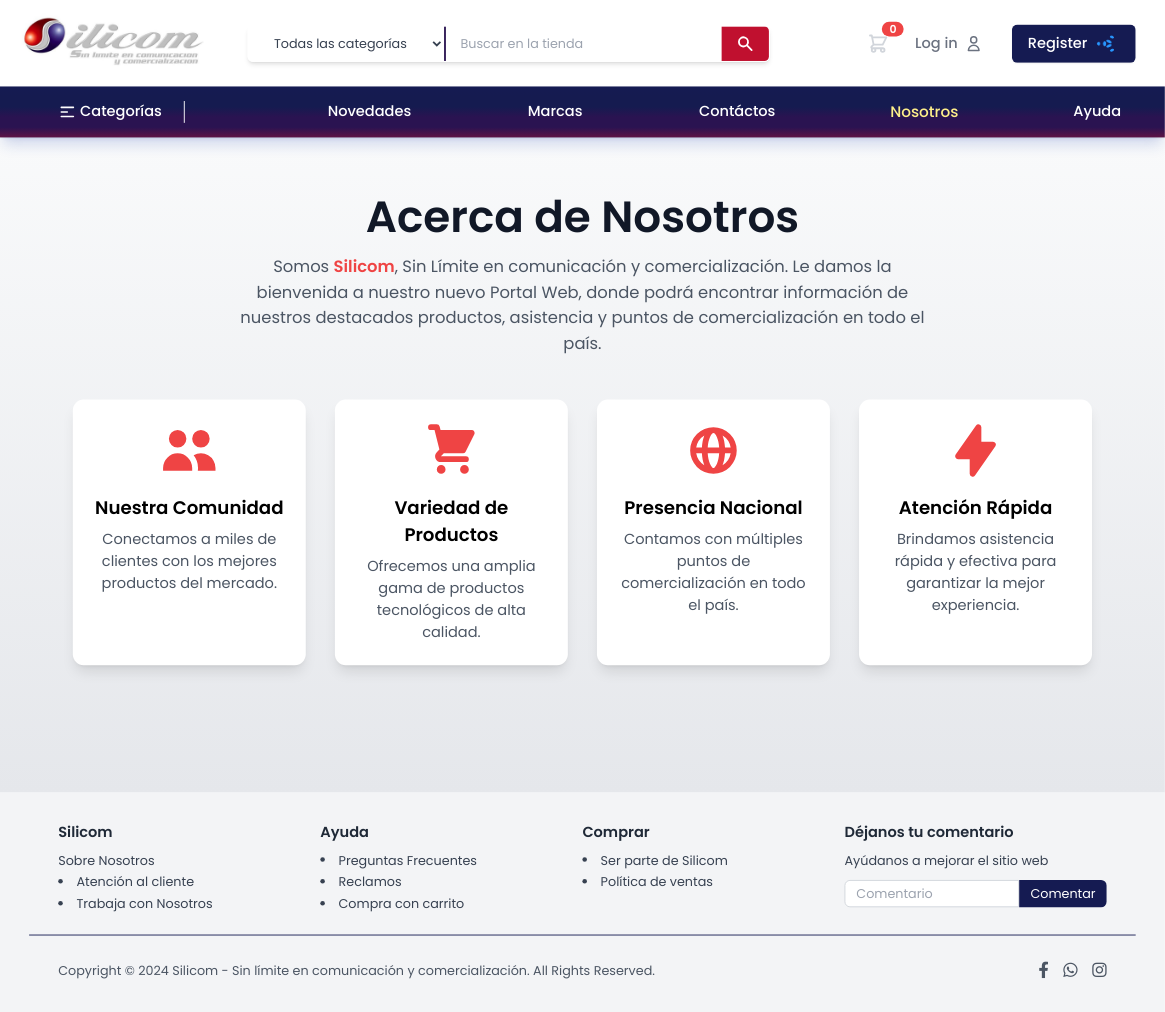
Repository: Francovg18/ecommerce
Page: /about
These files come from the project's save history. The page is drawn as it stood at one moment and after the next save; the edit follows.
The browser window is 1280 px wide. The pictures show the whole page, at 91% of full size.
The page's requests for data from a server got no answer. The project was rebuilt for these pictures with package versions that can differ from the ones it lists, and the page was loaded fresh each time. No one was signed in, and anything a server would have sent is missing. Also part of the build but not shown: src/components/home/Banner.js, src/components/home/ProductsArrival.js, src/components/home/ProductsSold.js, src/redux/actions/brands.js, src/components/home/Brand.js, src/components/home/Product.js, src/containers/Home.jsx, src/containers/errors/Error404.jsx and 40 more.

Above is the page before, as saved 2025-01-29 20:17:45.

### public/index.html
<!DOCTYPE html>
<html lang="en">
  <head>
    <meta charset="utf-8" />
    <link rel="icon" href="%PUBLIC_URL%/favicon.ico" />
    <meta name="viewport" content="width=device-width, initial-scale=1" />
    <meta name="theme-color" content="#000000" />
    <meta name="description" content="Web site created using create-react-app" />
    <link rel="apple-touch-icon" href="%PUBLIC_URL%/logo192.png" />
    <link href="https://fonts.googleapis.com/css2?family=Poppins:wght@400;500;600&display=swap" rel="stylesheet">
    <link
  rel="stylesheet"
  href="https://cdnjs.cloudflare.com/ajax/libs/font-awesome/6.0.0-beta3/css/all.min.css"
/>

    <!--
      manifest.json provides metadata used when your web app is installed on a
      user's mobile device or desktop. See https://developers.google.com/web/fundamentals/web-app-manifest/
    -->
    <link rel="manifest" href="%PUBLIC_URL%/manifest.json" />
    <!--
      Notice the use of %PUBLIC_URL% in the tags above.
      It will be replaced with the URL of the `public` folder during the build.
      Only files inside the `public` folder can be referenced from the HTML.

      Unlike "/favicon.ico" or "favicon.ico", "%PUBLIC_URL%/favicon.ico" will
      work correctly both with client-side routing and a non-root public URL.
      Learn how to configure a non-root public URL by running `npm run build`.
    -->
    <title>React App</title>
  </head>
  <body>
    <noscript>You need to enable JavaScript to run this app.</noscript>
    <div id="root"></div>
    <!--
      This HTML file is a template.
      If you open it directly in the browser, you will see an empty page.

      You can add webfonts, meta tags, or analytics to this file.
      The build step will place the bundled scripts into the <body> tag.

      To begin the development, run `npm start` or `yarn start`.
      To create a production bundle, use `npm run build` or `yarn build`.
    -->
  </body>
</html>

### src/index.js
import React from 'react';
import ReactDOM from 'react-dom/client';
import './style/index.css';
import App from './App';

const root = ReactDOM.createRoot(document.getElementById('root'));
root.render(
  <React.StrictMode>
    <App />
  </React.StrictMode>
);

### src/store.js
import { createStore, applyMiddleware } from 'redux';
import { composeWithDevTools } from '@redux-devtools/extension';
import { thunk } from 'redux-thunk';
import rootReducer from './redux/reducers';

const initialState = {};
const middleware = [thunk];
const store = createStore(
    rootReducer,
    initialState,
    composeWithDevTools(applyMiddleware(...middleware))
);

export default store;

### src/containers/pages/About.jsx
import React from 'react';
import Layout from '../../hocs/Layout';
import { UsersIcon, ShoppingCartIcon, GlobeAltIcon, LightningBoltIcon } from '@heroicons/react/solid';

function About() {
  return (
    <Layout>
      <div className="bg-gradient-to-b from-gray-50 to-gray-200 min-h-screen py-16 px-6 sm:px-12 lg:px-20">
        <div className="text-center max-w-3xl mx-auto">
          <h1 className="text-5xl font-extrabold text-gray-900">Acerca de Nosotros</h1>
          <p className="mt-4 text-lg text-gray-600">
            Somos <span className="text-red-500 font-semibold">Silicom</span>, Sin Límite en comunicación y comercialización. Le damos la bienvenida a nuestro nuevo Portal Web,
            donde podrá encontrar información de nuestros destacados productos, asistencia y puntos de comercialización en todo el país.
          </p>
        </div>

        <div className="mt-12 grid grid-cols-1 md:grid-cols-2 lg:grid-cols-4 gap-8">
          <div className="bg-white p-6 rounded-xl shadow-lg text-center">
            <UsersIcon className="w-16 h-16 text-red-500 mx-auto" />
            <h3 className="text-xl font-semibold mt-4">Nuestra Comunidad</h3>
            <p className="text-gray-600 mt-2">Conectamos a miles de clientes con los mejores productos del mercado.</p>
          </div>

          <div className="bg-white p-6 rounded-xl shadow-lg text-center">
            <ShoppingCartIcon className="w-16 h-16 text-red-500 mx-auto" />
            <h3 className="text-xl font-semibold mt-4">Variedad de Productos</h3>
            <p className="text-gray-600 mt-2">Ofrecemos una amplia gama de productos tecnológicos de alta calidad.</p>
          </div>

          <div className="bg-white p-6 rounded-xl shadow-lg text-center">
            <GlobeAltIcon className="w-16 h-16 text-red-500 mx-auto" />
            <h3 className="text-xl font-semibold mt-4">Presencia Nacional</h3>
            <p className="text-gray-600 mt-2">Contamos con múltiples puntos de comercialización en todo el país.</p>
          </div>

          <div className="bg-white p-6 rounded-xl shadow-lg text-center">
            <LightningBoltIcon className="w-16 h-16 text-red-500 mx-auto" />
            <h3 className="text-xl font-semibold mt-4">Atención Rápida</h3>
            <p className="text-gray-600 mt-2">Brindamos asistencia rápida y efectiva para garantizar la mejor experiencia.</p>
          </div>
        </div>
      </div>
    </Layout>
  );
}

export default About;

### src/redux/reducers/index.js
import { combineReducers } from 'redux';
import Auth from './auth';
import Alert from './alert';
import Categories from './categories';
import Products from './products';
import Cart from './cart';
import Shipping from './shipping'
import Payment from './payment';
import Orders from './orders';
import Coupons from './coupons';
import Profile from './profile';
import Wishlist from './wishlist';
import Reviews from './reviews';
import Brands from './brands';
export default combineReducers({
    Auth,
    Alert,
    Categories,
    Products,
    Cart,
    Shipping,
    Payment,
    Orders,
    Coupons,
    Profile,
    Wishlist,
    Reviews,
    Brands
})

### src/hocs/Layout.js
import { ToastContainer } from 'react-toastify';
import 'react-toastify/dist/ReactToastify.css';
import { check_authenticated, load_user, refresh } from '../redux/actions/auth';
import {
    get_items,
    get_total,
    get_item_total
} from "../redux/actions/cart";

import {
    get_user_profile
} from "../redux/actions/profile";

import { useEffect } from 'react';
import { connect } from 'react-redux';
import Navbar from '../components/navigation/Navbar';
import Footer from '../components/navigation/Footer';

const Layout = (props) => {

    useEffect(() => {
        props.refresh()
        props.check_authenticated()
        props.load_user()
        props.get_items()
        props.get_total()
        props.get_item_total()
        props.get_user_profile()
    }, []);

    return(
        <div>
            <Navbar/>
            <ToastContainer autoClose={5000} />
            {props.children}
            <Footer/>
        </div>
    )
}


export default connect(null, {
    check_authenticated,
    load_user,
    refresh,
    get_items,
    get_total,
    get_item_total,
    get_user_profile
}) (Layout)

### src/redux/actions/categories.js
import axios from 'axios';
import {
    GET_CATEGORIES_SUCCESS,
    GET_CATEGORIES_FAIL,
} from './types';

export const get_categories = () => async dispatch => {
    const config = {
        headers: {
            'Accept': 'application/json'
        }
    };

    try {
        const res = await axios.get(`${process.env.REACT_APP_API_URL}/api/category/categories`, config);

        if (res.status >= 200 && res.status < 300) {
            dispatch({
                type: GET_CATEGORIES_SUCCESS,
                payload: res.data
            });
        } else {
            console.error('Error: Unexpected response status', res.status);
            dispatch({
                type: GET_CATEGORIES_FAIL
            });
        }
    } catch (err) {
        console.error('Error fetching categories:', err.message);
        dispatch({
            type: GET_CATEGORIES_FAIL
        });
    }
};

### src/redux/actions/alert.js
import{
    SET_ALERT,
    REMOVE_ALERT,
} from './types';

export const setAlert = (msg, alertType, timeout = 5000) => dispatch =>{
    dispatch({
        type: SET_ALERT,
        payload: {msg, alertType}
    });
    setTimeout(() => dispatch({ type: REMOVE_ALERT }), timeout);
}

### src/redux/reducers/alert.js
import {
    SET_ALERT,
    REMOVE_ALERT,
} from '../actions/types';

const initialState = {
    alert: null
};

export default function Alert(state = initialState, action) {
    const { type, payload } = action;

    switch(type) {
        case SET_ALERT:
            return {
                ...state,
                alert: payload
            };
        case REMOVE_ALERT:
            return {
                ...state,
                alert: null
            }
        default:
            return state
    };
}

### src/redux/reducers/categories.js
import {
    GET_CATEGORIES_SUCCESS,
    GET_CATEGORIES_FAIL
} from '../actions/types';

const initialState = {
    categories: null
};

export default function Categories(state = initialState, action) {
    const { type, payload } = action;

    switch(type) {
        case GET_CATEGORIES_SUCCESS:
            return {
                ...state,
                categories: payload.categories
            }
        case GET_CATEGORIES_FAIL:
            return {
                ...state,
                categories: null
            }
        default:
            return state
    }
}

### src/redux/reducers/shipping.js
import {
    GET_SHIPPING_OPTIONS_SUCCESS,
    GET_SHIPPING_OPTIONS_FAIL
} from '../actions/types';

const initialState = {
    shipping: null,
};

export default function Shipping(state = initialState, action) {
    const { type, payload } = action;

    switch(type) {
        case GET_SHIPPING_OPTIONS_SUCCESS:
            return {
                ...state,
                shipping: payload.shipping_options
            }
        case GET_SHIPPING_OPTIONS_FAIL:
            return {
                ...state,
                shipping: null
            }
        default:
            return state;
    }
};

### src/redux/reducers/orders.js
import {
    GET_ORDERS_SUCCESS,
    GET_ORDERS_FAIL,
    GET_ORDER_DETAIL_SUCCESS,
    GET_ORDER_DETAIL_FAIL
} from '../actions/types';

const initialState = {
    orders: null,
    order: null
};


export default function Orders(state = initialState, action) {
    const { type, payload } = action;

    switch(type) {
        case GET_ORDERS_SUCCESS:
            return {
                ...state,
                orders: payload.orders
            }
        case GET_ORDERS_FAIL:
            return {
                ...state,
                orders: []
            }
        case GET_ORDER_DETAIL_SUCCESS:
            return {
                ...state,
                order: payload.order
            }
        case GET_ORDER_DETAIL_FAIL:
            return {
                ...state,
                order: {}
            }
        default:
            return state;
    }
}

### src/redux/reducers/coupons.js
import {
    GET_COUPON_SUCCESS,
    GET_COUPON_FAIL,
} from '../actions/types';

const initialState = {
    coupon: null
};


export default function Coupons(state = initialState, action) {
    const { type, payload } = action;

    switch(type) {
        case GET_COUPON_SUCCESS:
            return {
                ...state,
                coupon: payload.coupon
            }
        case GET_COUPON_FAIL:
            return {
                ...state,
                coupon: null
            }
        default:
            return state;
    }
}

### src/redux/reducers/profile.js
import {
    GET_USER_PROFILE_SUCCESS,
    GET_USER_PROFILE_FAIL,
    UPDATE_USER_PROFILE_SUCCESS,
    UPDATE_USER_PROFILE_FAIL
} from '../actions/types';

const initialState = {
    profile: null
};

export default function Profile(state = initialState, action) {
    const { type, payload } = action;

    switch(type) {
        case GET_USER_PROFILE_SUCCESS:
            return {
                ...state,
                profile: payload.profile
            }
        case GET_USER_PROFILE_FAIL:
            return {
                ...state
            }
        case UPDATE_USER_PROFILE_SUCCESS:
            return {
                ...state,
                profile: payload.profile
            }
        case UPDATE_USER_PROFILE_FAIL:
            return {
                ...state
            }
        default:
            return state
    }
}

### src/redux/reducers/brands.js
import {
    GET_BRANDS_SUCCESS,
    GET_BRANDS_FAIL
} from '../actions/types';

const initialState = {
    brands: null
};

export default function Brands(state = initialState, action) {
    const { type, payload } = action;

    switch (type) {
        case GET_BRANDS_SUCCESS:
            return {
                ...state,
                brands: payload.brands // Ajusta si `payload` tiene otra estructura
            };
        case GET_BRANDS_FAIL:
            return {
                ...state,
                brands: null
            };
        default:
            return state;
    }
}

### src/components/alert.js
import {Fragment} from 'react'
import {connect} from 'react-redux'

import { CheckCircleIcon } from '@heroicons/react/solid'

function Alert ({ alert }) {

    const displayAlert = () => {
        if (alert !== null){
            return (
                <div className={`rounded-md bg-${alert.alertType}-50 p-4`}>
                <div className="flex">
                    <div className="flex-shrink-0">
                    <CheckCircleIcon className={`h-5 w-5 text-${alert.alertType}-400`} aria-hidden="true" />
                    </div>
                    <div className="ml-3">
                    <p className={`text-sm font-medium text-${alert.alertType}-800`}>{alert.msg}</p>
                    </div>
                </div>
                </div>
            )
        } else {
            return(
                <Fragment></Fragment>
            )
        }
    }

    return (
        <Fragment>
            {displayAlert()}
        </Fragment>
    )
}

const mapStateToProps = state => ({
    alert: state.Alert.alert
})

export default connect(mapStateToProps)(Alert)

### src/components/navigation/SearchBox.js
import { SearchIcon } from '@heroicons/react/solid';

const SearchBox = ({ categories, search, onChange, onSubmit }) => {
  return (
    <form
      onSubmit={(e) => onSubmit(e)}
      className="flex items-center border border-white rounded-md shadow-md overflow-hidden w-full max-w-3xl mx-auto"
    >
      {/* Dropdown de categorías (visible solo en pantallas grandes) */}
      <div className="hidden lg:block relative">
        <select
          onChange={(e) => onChange(e)}
          name="category_id"
          className="h-full text-sm text-gray-700 bg-white border-r-2 border-purple-night px-6 py-2 outline-none focus:ring-deep-rose"
        >
          <option value={0}>Todas las categorías</option>
          {categories &&
            categories.map((category, index) => (
              <option key={index} value={category.id}>
                {category.name}
              </option>
            ))}
        </select>
      </div>

      {/* Campo de búsqueda */}
      <input
        type="search"
        name="search"
        onChange={(e) => onChange(e)}
        value={search}
        required
        className="flex-grow text-sm text-gray-700 bg-white px-4 py-2 outline-none focus:ring-purple-night focus:border-crimson-red w-full"
        placeholder="Buscar en la tienda"
      />

      {/* Botón de envío */}
      <button
        type="submit"
        className="flex items-center justify-center h-full bg-crimson-red hover:bg-deep-rose text-white px-4 py-2"
      >
        <SearchIcon className="h-5 w-5" aria-hidden="true" />
      </button>
    </form>
  );
};

export default SearchBox;

### tailwind.config.js
/** @type {import('tailwindcss').Config} */
module.exports = {
  content: [
    "./src/**/*.{js,jsx,ts,tsx}",
  ],
  theme: {
    extend: {
      colors: {
        "midnight-blue": '#151b52',
        "purple-night": '#2A1350',
        "crimson-red": '#C0102F',
        "deep-rose": '#8D113B',
        "dark-burgundy": '#751240',
        "royal-purple": '#5D1245',
      },
      backgroundImage: {
        'custom-gradient': 'linear-gradient(to bottom, #151b52, #151b50, #151b50, #2A1351, #2A1351, #5D1245)',
      },
      fontFamily: {
        sans: ['Poppins', 'sans-serif'],
      },
      keyframes: {
        'gradient-x': {
          '0%, 100%': { backgroundPosition: '0% 50%' },
          '50%': { backgroundPosition: '100% 50%' },
        },
      },
      animation: {
        'gradient-x': 'gradient-x 8s ease infinite',
      },
      boxShadow: {
        navbar: "0px 4px 20px 6px rgba(28, 105, 192, 0.85), 0 1px 2px -1px rgba(3, 3, 4, 0.03)",
        menuHover: "0px 6px 15px 3px rgba(0, 0, 0, 0.15)",
      },
      fontSize: {
        'xl': '1.25rem',
        '2xl': '1.5rem',
      },
    },
  },
  plugins: [
    function({ addUtilities }) {
      const extendUnderline = {
        '.underline': {
          textDecoration: 'underline',
          textDecorationColor: '#121740',
        },
      };
      addUtilities(extendUnderline);
    },
  ],
};

Loaded but not shown: src/style/index.css (common file); src/components/navigation/Navbar.js (476 lines, source omitted); src/redux/actions/cart.js (399 lines, source omitted); src/redux/actions/auth.js (387 lines, source omitted); src/redux/actions/types.js (136 lines, source omitted); src/redux/actions/products.js (256 lines, source omitted); src/redux/reducers/cart.js (158 lines, source omitted); src/redux/reducers/products.js (118 lines, source omitted); src/App.js (79 lines, source omitted); src/components/navigation/Footer.js (81 lines, source omitted); src/redux/reducers/auth.js (113 lines, source omitted); src/redux/actions/profile.js (91 lines, source omitted); src/redux/reducers/payment.js (89 lines, source omitted); src/redux/reducers/reviews.js (90 lines, source omitted); src/redux/reducers/wishlist.js (68 lines, source omitted)

After the next save:
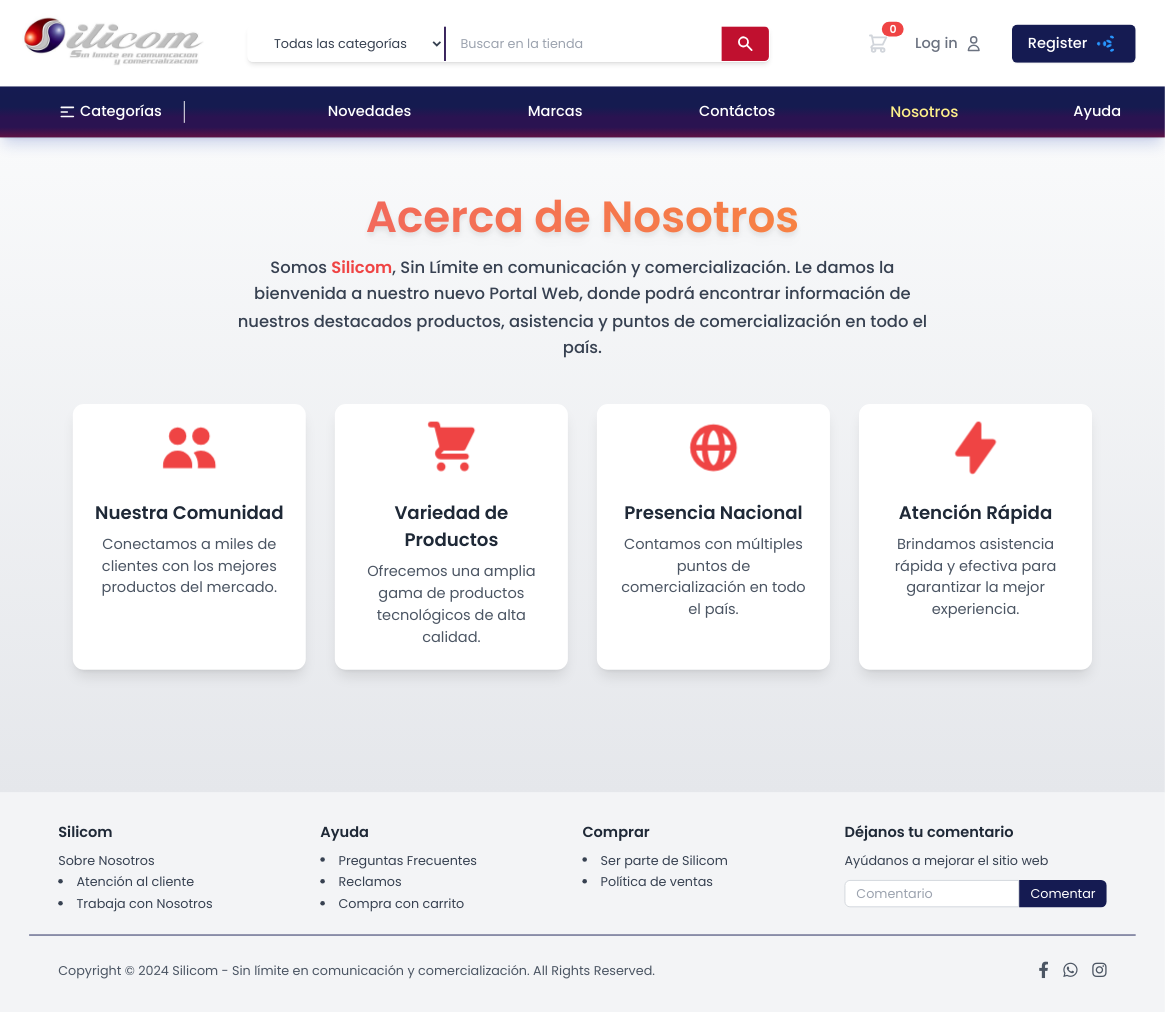
Saved 3 min 18 s later.
--- a/src/containers/pages/About.jsx
+++ b/src/containers/pages/About.jsx
@@ -7,37 +7,28 @@ function About() {
     <Layout>
       <div className="bg-gradient-to-b from-gray-50 to-gray-200 min-h-screen py-16 px-6 sm:px-12 lg:px-20">
         <div className="text-center max-w-3xl mx-auto">
-          <h1 className="text-5xl font-extrabold text-gray-900">Acerca de Nosotros</h1>
-          <p className="mt-4 text-lg text-gray-600">
-            Somos <span className="text-red-500 font-semibold">Silicom</span>, Sin Límite en comunicación y comercialización. Le damos la bienvenida a nuestro nuevo Portal Web,
+          <h1 className="text-5xl font-extrabold bg-gradient-to-r from-red-500 to-orange-500 bg-clip-text text-transparent drop-shadow-lg animate-pulse">
+            Acerca de Nosotros
+          </h1>
+          <p className="mt-4 text-lg text-gray-700 font-medium leading-relaxed animate-fade-in">
+            Somos <span className="text-red-500 font-bold">Silicom</span>, Sin Límite en comunicación y comercialización. Le damos la bienvenida a nuestro nuevo Portal Web,
             donde podrá encontrar información de nuestros destacados productos, asistencia y puntos de comercialización en todo el país.
           </p>
         </div>
 
         <div className="mt-12 grid grid-cols-1 md:grid-cols-2 lg:grid-cols-4 gap-8">
-          <div className="bg-white p-6 rounded-xl shadow-lg text-center">
-            <UsersIcon className="w-16 h-16 text-red-500 mx-auto" />
-            <h3 className="text-xl font-semibold mt-4">Nuestra Comunidad</h3>
-            <p className="text-gray-600 mt-2">Conectamos a miles de clientes con los mejores productos del mercado.</p>
-          </div>
-
-          <div className="bg-white p-6 rounded-xl shadow-lg text-center">
-            <ShoppingCartIcon className="w-16 h-16 text-red-500 mx-auto" />
-            <h3 className="text-xl font-semibold mt-4">Variedad de Productos</h3>
-            <p className="text-gray-600 mt-2">Ofrecemos una amplia gama de productos tecnológicos de alta calidad.</p>
-          </div>
-
-          <div className="bg-white p-6 rounded-xl shadow-lg text-center">
-            <GlobeAltIcon className="w-16 h-16 text-red-500 mx-auto" />
-            <h3 className="text-xl font-semibold mt-4">Presencia Nacional</h3>
-            <p className="text-gray-600 mt-2">Contamos con múltiples puntos de comercialización en todo el país.</p>
-          </div>
-
-          <div className="bg-white p-6 rounded-xl shadow-lg text-center">
-            <LightningBoltIcon className="w-16 h-16 text-red-500 mx-auto" />
-            <h3 className="text-xl font-semibold mt-4">Atención Rápida</h3>
-            <p className="text-gray-600 mt-2">Brindamos asistencia rápida y efectiva para garantizar la mejor experiencia.</p>
-          </div>
+          {[
+            { icon: UsersIcon, title: "Nuestra Comunidad", text: "Conectamos a miles de clientes con los mejores productos del mercado." },
+            { icon: ShoppingCartIcon, title: "Variedad de Productos", text: "Ofrecemos una amplia gama de productos tecnológicos de alta calidad." },
+            { icon: GlobeAltIcon, title: "Presencia Nacional", text: "Contamos con múltiples puntos de comercialización en todo el país." },
+            { icon: LightningBoltIcon, title: "Atención Rápida", text: "Brindamos asistencia rápida y efectiva para garantizar la mejor experiencia." }
+          ].map((item, index) => (
+            <div key={index} className="bg-white p-6 rounded-xl shadow-lg text-center transition-transform transform hover:scale-105 hover:shadow-2xl">
+              <item.icon className="w-16 h-16 text-red-500 mx-auto animate-bounce" />
+              <h3 className="text-xl font-semibold mt-4 text-gray-800">{item.title}</h3>
+              <p className="text-gray-600 mt-2">{item.text}</p>
+            </div>
+          ))}
         </div>
       </div>
     </Layout>
